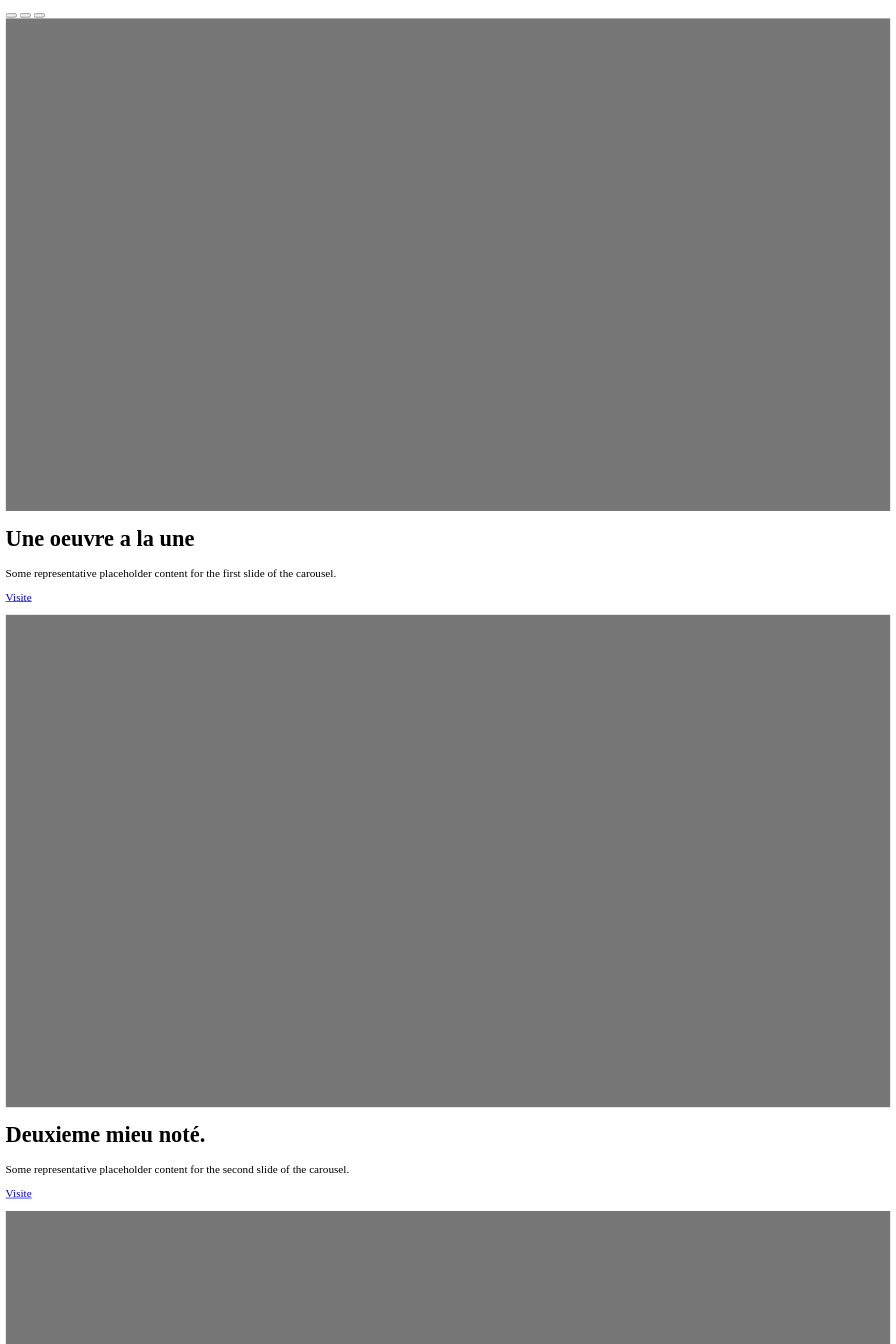
Repository: Amedee7/mypain
Page: templates/home/welcome.html.twig
These files come from the project's save history. The page is drawn as it stood at one moment and after the next save; the edit follows.
The browser window is 1280 px wide. The pictures show the part of the page from y = 0 to 1920 px (the page is 2611 px tall), at 70% of full size.
The page is a Twig template of a Symfony application; nobody is signed in and links lead nowhere. The template is opened directly, without the code that normally fills it, so the values that code supplies are empty.

Above is the page before, as saved 2022-03-10 13:15:03.

### templates/home/welcome.html.twig
<div id="myCarousel" class="carousel slide" data-bs-ride="carousel">
	<div class="carousel-indicators">
		<button type="button" data-bs-target="#myCarousel" data-bs-slide-to="0" class="active" aria-current="true" aria-label="Slide 1"></button>
		<button type="button" data-bs-target="#myCarousel" data-bs-slide-to="1" aria-label="Slide 2"></button>
		<button type="button" data-bs-target="#myCarousel" data-bs-slide-to="2" aria-label="Slide 3"></button>
	</div>
	<div class="carousel-inner">
		<div class="carousel-item active">
			<svg class="bd-placeholder-img" width="100%" height="100%" xmlns="http://www.w3.org/2000/svg" aria-hidden="true" preserveaspectratio="xMidYMid slice" focusable="false"><rect width="100%" height="100%" fill="#777"/></svg>

			<div class="container">
				<div class="carousel-caption text-start">
					<h1>Une oeuvre a la une</h1>
					<p>Some representative placeholder content for the first slide of the carousel.</p>
					<p>
						<a class="btn btn-lg btn-primary" href="#">Visite</a>
					</p>
				</div>
			</div>
		</div>
		<div class="carousel-item">
			<svg class="bd-placeholder-img" width="100%" height="100%" xmlns="http://www.w3.org/2000/svg" aria-hidden="true" preserveaspectratio="xMidYMid slice" focusable="false"><rect width="100%" height="100%" fill="#777"/></svg>

			<div class="container">
				<div class="carousel-caption">
					<h1>Deuxieme mieu noté.</h1>
					<p>Some representative placeholder content for the second slide of the carousel.</p>
					<p>
						<a class="btn btn-lg btn-primary" href="#">Visite</a>
					</p>
				</div>
			</div>
		</div>
		<div class="carousel-item">
			<svg class="bd-placeholder-img" width="100%" height="100%" xmlns="http://www.w3.org/2000/svg" aria-hidden="true" preserveaspectratio="xMidYMid slice" focusable="false"><rect width="100%" height="100%" fill="#777"/></svg>

			<div class="container">
				<div class="carousel-caption text-end">
					<h1>Troisième meilleur oeuvre.</h1>
					<p>Some representative placeholder content for the third slide of this carousel.</p>
					<p>
						<a class="btn btn-lg btn-primary" href="#">Visite</a>
					</p>
				</div>
			</div>
		</div>
	</div>
	<button class="carousel-control-prev" type="button" data-bs-target="#myCarousel" data-bs-slide="prev">
		<span class="carousel-control-prev-icon" aria-hidden="true"></span>
		<span class="visually-hidden">Previous</span>
	</button>
	<button class="carousel-control-next" type="button" data-bs-target="#myCarousel" data-bs-slide="next">
		<span class="carousel-control-next-icon" aria-hidden="true"></span>
		<span class="visually-hidden">Next</span>
	</button>
</div>

After the next save:
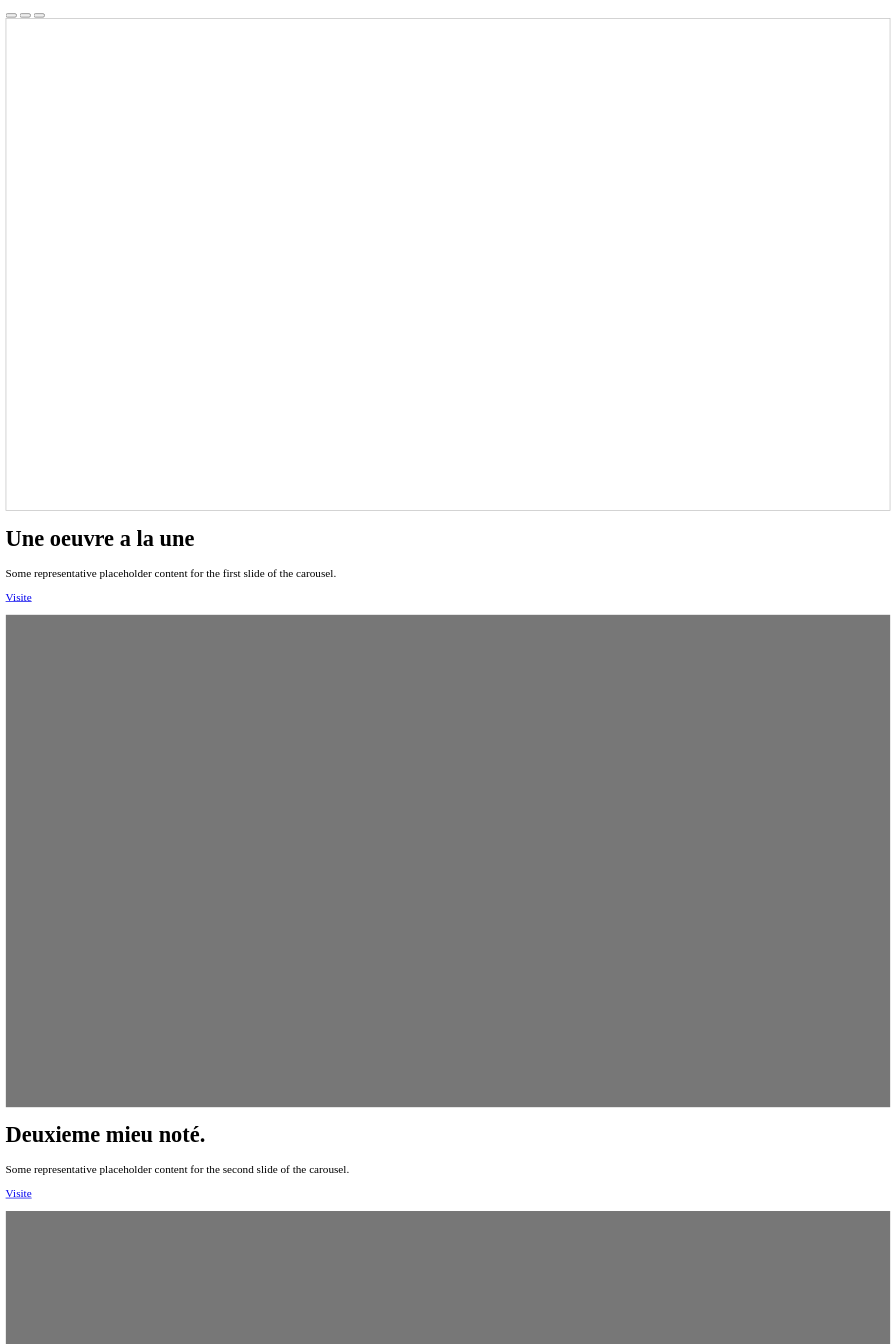
Saved 2 min 17 s later.
--- a/templates/home/welcome.html.twig
+++ b/templates/home/welcome.html.twig
@@ -6,7 +6,7 @@
 	</div>
 	<div class="carousel-inner">
 		<div class="carousel-item active">
-			<svg class="bd-placeholder-img" width="100%" height="100%" xmlns="http://www.w3.org/2000/svg" aria-hidden="true" preserveaspectratio="xMidYMid slice" focusable="false"><rect width="100%" height="100%" fill="#777"/></svg>
+			<img class="bd-placeholder-img" width="100%" height="100%" xmlns="img/img_1.jpg" aria-hidden="true" preserveaspectratio="xMidYMid slice" focusable="false"><rect width="100%" height="100%" fill="#777"/>
 
 			<div class="container">
 				<div class="carousel-caption text-start">
